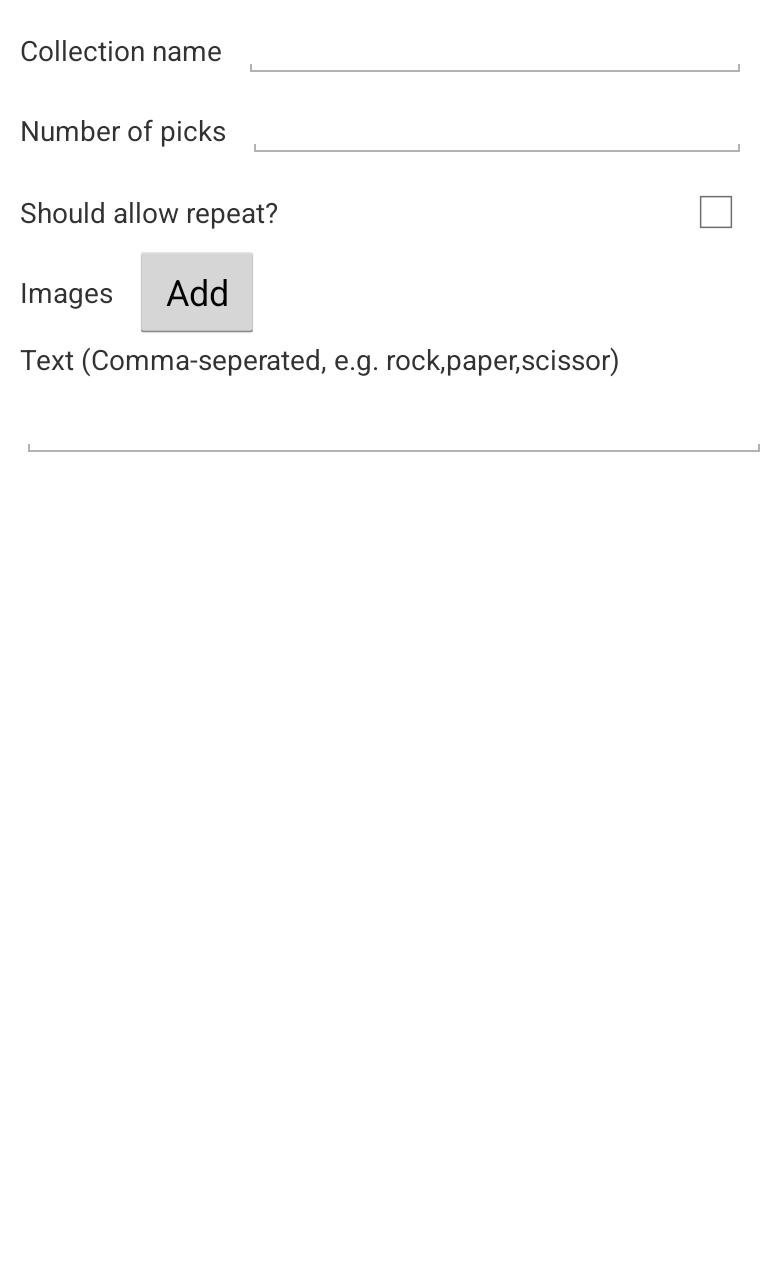
Repository: nqmtuan/RandomRandomizerAndroid
Layout: Workspace/RandomRandomizer/res/layout/create_edit_random_collection.xml
The author's editor kept a copy of each file at every save. The layout is drawn from the files as they stood at one save, then again after the next save.
It is drawn on a 768 x 1280 px phone screen (xhdpi) without system bars, with theme AppTheme; the app's code is not run.

Above is the layout before, as saved 2013-07-30 15:05:22.

After the next save:
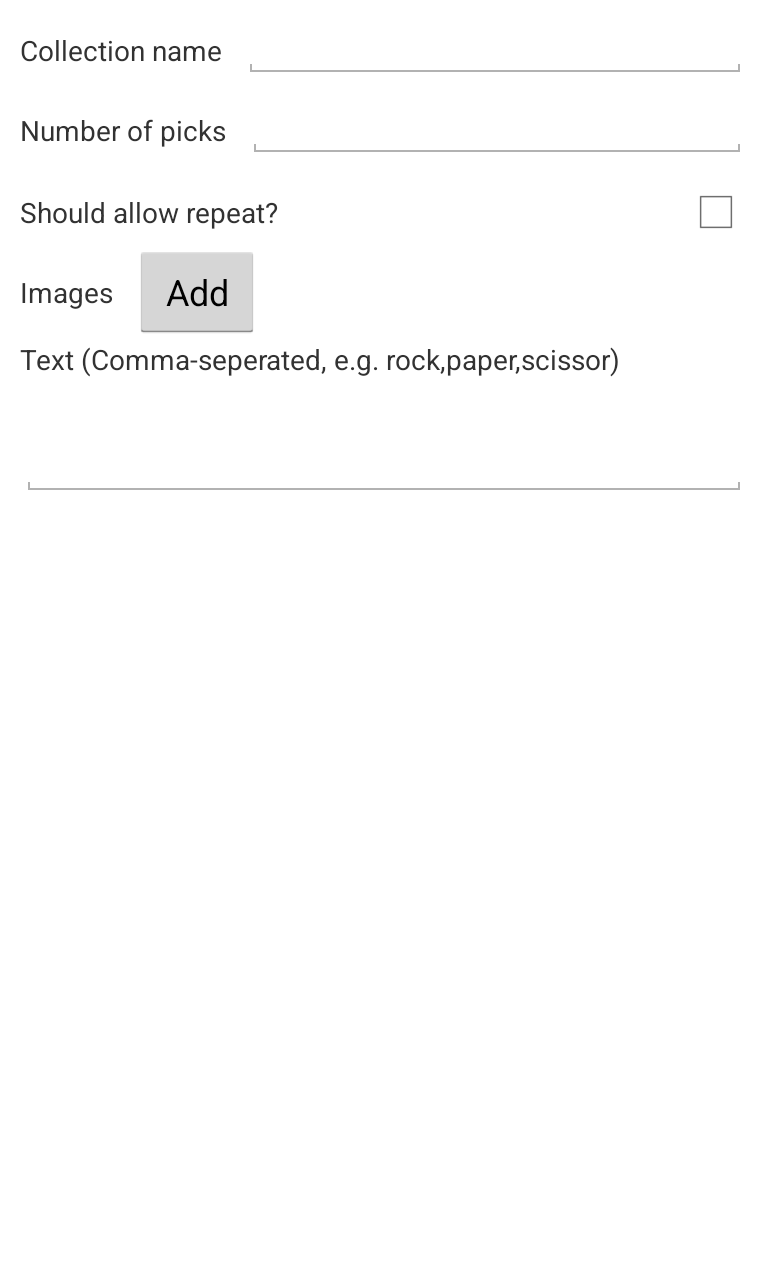
Saved 77 s later.
--- a/Workspace/RandomRandomizer/res/layout/create_edit_random_collection.xml
+++ b/Workspace/RandomRandomizer/res/layout/create_edit_random_collection.xml
@@ -140,7 +140,9 @@
                     android:id="@+id/create_random_collection_text_edit_text"
                     android:layout_width="fill_parent"
                     android:layout_height="60dp"
-
+                    android:layout_below="@+id/create_random_collection_text_label"
+                    android:layout_marginRight="10dp"
+                    android:singleLine="false"
                     />
             </RelativeLayout>
         </RelativeLayout>
